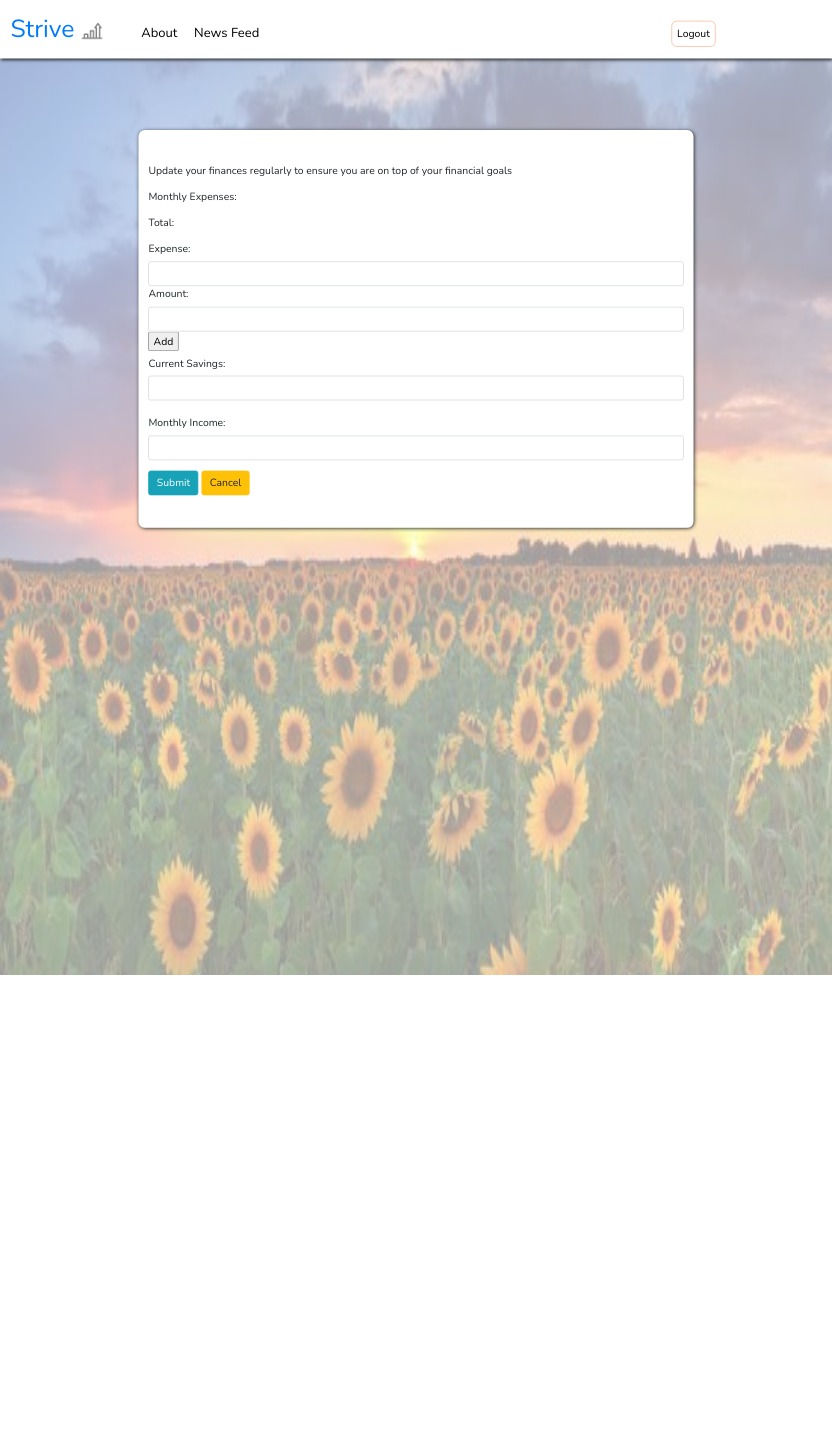
Repository: NoraOK/Strive
Page: http://localhost/strive/WEB-INF/strive/ie.jsp
These files come from the project's save history. The page is drawn as it stood at one moment and after the next save; the edit follows.
The browser window is 1280 px wide. The pictures show the whole page, at 65% of full size.
The page is served by Tomcat 9. Nobody is signed in. The template is opened directly, without the code that normally fills it, so the values that code supplies are empty.

Above is the page before, as saved 2019-12-20 17:39:43.

After the next save:
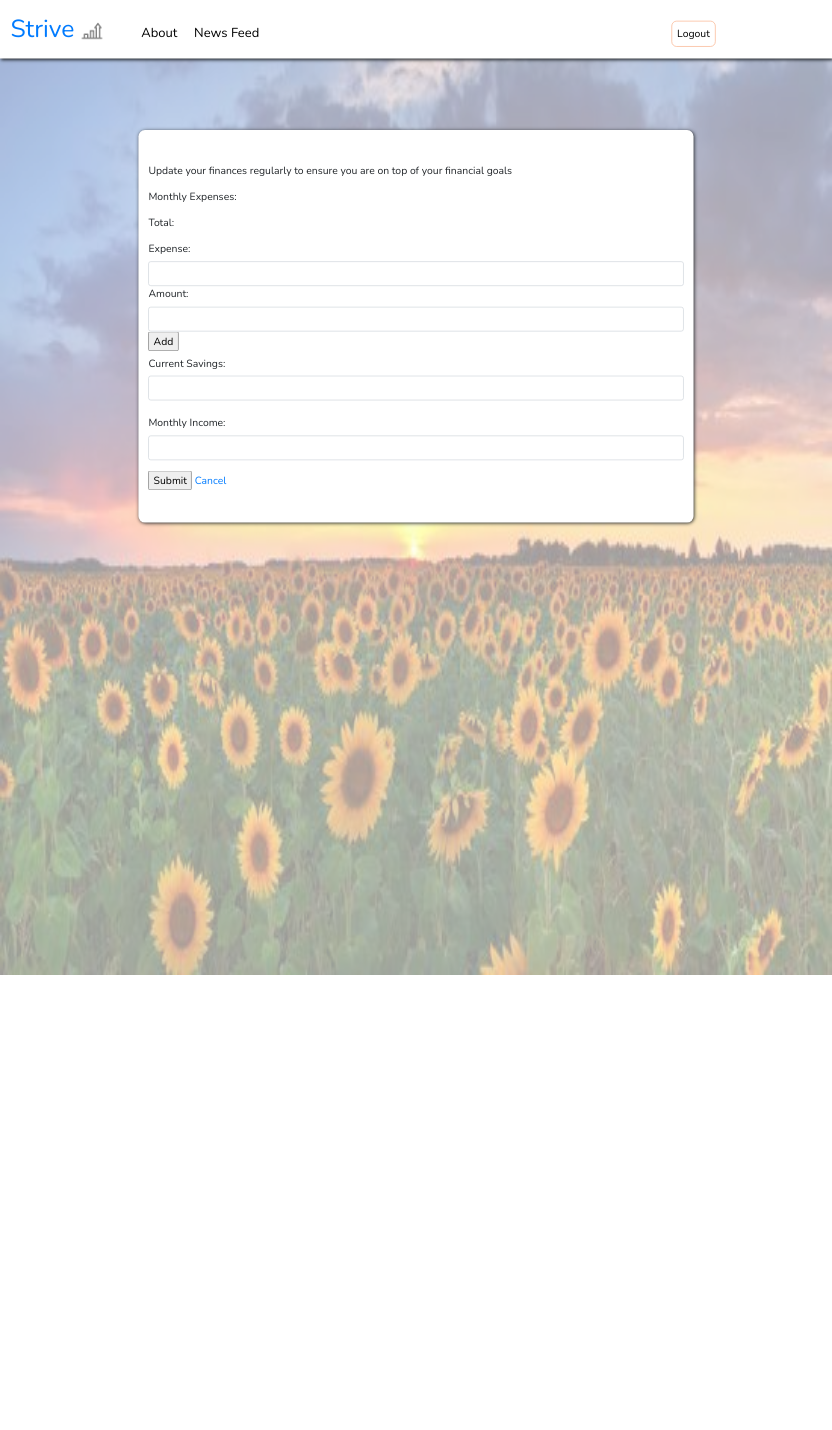
Saved 23 s later.
--- a/strive/src/main/webapp/WEB-INF/strive/ie.jsp
+++ b/strive/src/main/webapp/WEB-INF/strive/ie.jsp
@@ -52,8 +52,8 @@
 				<label class="lead col-form-label">Monthly Income: </label>
 				<input name="currentIncome" type="number" class="form-control" />
 			</p>
-			<input class="btn btn-info" type="submit" value="Submit" />
-			<a class="btn btn-warning" href="/home">Cancel</a>
+			<input class="" type="submit" value="Submit" />
+			<a class="" href="/home">Cancel</a>
 		</form>
 		</div>
 	</div>
